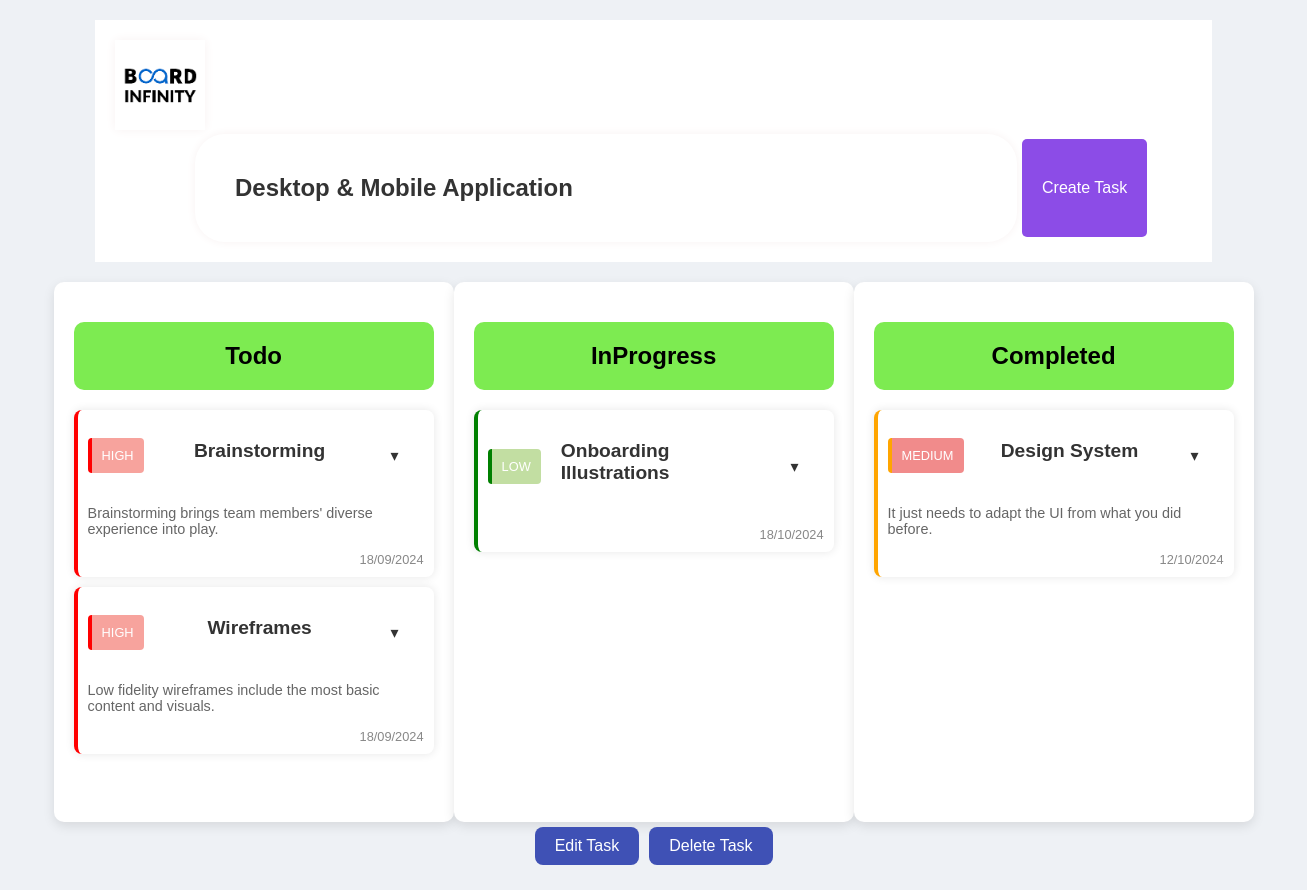
Repository: tanya2468/todo
Page: /
An editor plug-in stored every save of this project. The page is shown before and after a run of saves, followed by the edit.
The browser window is 1280 px wide. The page is 1307 px wide, so the pictures cover 1307 px, including what lies to the right of the window. The pictures show the whole page.
The project was rebuilt for these pictures with package versions that can differ from the ones it lists, and the page was loaded fresh each time. Also part of the build but not shown: src/TaskModal.css, src/TaskModal.js, src/EditTaskModal.js, src/DeleteTaskModal.js.

Above is the page before, as saved 2024-09-08 17:54:30.

### src/App.js
import React, { useState } from "react";
import "./App.css";
import TaskBoard from "./TaskBoard";
import TaskModal from "./TaskModal";
import Dashboard from "./components/Dashboard";
import EditTaskModal from "./EditTaskModal"; // Import the new edit modal component
import DeleteTaskModal from "./DeleteTaskModal"; // Import the new delete modal component

const initialTasks = {
  todo: [
    {
      id: 1,
      title: "Brainstorming",
      description: "Brainstorming brings team members' diverse experience into play.",
      priority: "High",
      date: "18/09/2024",
      status: "todo"
    },
    {
      id: 2,
      title: "Wireframes",
      description: "Low fidelity wireframes include the most basic content and visuals.",
      priority: "High",
      date: "18/09/2024",
      status: "todo"
    }
  ],
  inProgress: [
    {
      id: 3,
      title: "Onboarding Illustrations",
      description: "",
      priority: "Low",
      date: "18/10/2024",
      status: "inProgress"
    }
  ],
  completed: [
    {
      id: 4,
      title: "Design System",
      description: "It just needs to adapt the UI from what you did before.",
      priority: "Medium",
      date: "12/10/2024",
      status: "completed"
    }
  ]
};

function App() {
  const [tasks, setTasks] = useState(initialTasks);
  const [isCreateModalOpen, setIsCreateModalOpen] = useState(false);
  const [isEditModalOpen, setIsEditModalOpen] = useState(false);
  const [isDeleteModalOpen, setIsDeleteModalOpen] = useState(false);

  // Function to handle adding a new task
  const addTask = (newTask) => {
    setTasks(prevTasks => ({
      ...prevTasks,
      [newTask.status]: [...prevTasks[newTask.status], newTask]
    }));
  };

  const updateTaskStatus = (taskId, newStatus) => {
    const updatedTasks = { todo: [], inProgress: [], completed: [] };

    Object.keys(tasks).forEach(status => {
      tasks[status].forEach(task => {
        if (task.id === taskId) {
          task.status = newStatus;
          updatedTasks[newStatus].push(task);
        } else {
          updatedTasks[task.status].push(task);
        }
      });
    });

    setTasks(updatedTasks);
  };

  const deleteTask = (taskId) => {
    const updatedTasks = { ...tasks };
    Object.keys(updatedTasks).forEach((status) => {
      updatedTasks[status] = updatedTasks[status].filter((task) => task.id !== taskId);
    });
    setTasks(updatedTasks);
  };

  const saveTask = (editedTask) => {
    const updatedTasks = { ...tasks };
    updatedTasks[editedTask.status] = updatedTasks[editedTask.status].map(task =>
      task.id === editedTask.id ? editedTask : task
    );
    setTasks(updatedTasks);
  };

  return (
    <div className="app">

      {/* Dashboard component contains the logo, title, and create task button */}
      <Dashboard onCreateTask={() => setIsCreateModalOpen(true)} />

      {/* TaskBoard displays the tasks */}
      <TaskBoard
        tasks={tasks}
        updateTaskStatus={updateTaskStatus}
      />

      {/* Buttons to trigger the edit and delete modals */}
      <div className="task-actions">
        <button onClick={() => setIsEditModalOpen(true)}>Edit Task</button>
        <button onClick={() => setIsDeleteModalOpen(true)}>Delete Task</button>
      </div>

      {/* Modal for creating new tasks */}
      {isCreateModalOpen && (
        <TaskModal
          onClose={() => setIsCreateModalOpen(false)}
          onCreate={addTask}
        />
      )}

      {/* Modal for editing tasks */}
      {isEditModalOpen && (
        <EditTaskModal
          tasks={tasks}
          onClose={() => setIsEditModalOpen(false)}
          onSave={saveTask}
        />
      )}

      {/* Modal for deleting tasks */}
      {isDeleteModalOpen && (
        <DeleteTaskModal
          tasks={tasks}
          onClose={() => setIsDeleteModalOpen(false)}
          onDelete={deleteTask}
        />
      )}
    </div>
  );
}

export default App;

### src/App.css
/* General Styling */
body {
  font-family: 'Arial', sans-serif;
  background-color: #eef1f5;
  color: #333;
  margin: 0;
  padding: 0;
}

h1, h2, h3 {
  color: #333;
}

button {
  background-color: #3f51b5;
  color: white;
  border: none;
  padding: 10px 20px;
  margin: 5px;
  border-radius: 8px;
  cursor: pointer;
  font-size: 1rem;
  transition: background-color 0.3s ease;
}

button:hover {
  background-color: #2c3d9b;
}

/* Header */
header {
  display: flex;
  justify-content: space-between;
  align-items: center;
  width: 90%;
  padding: 10px 20px;
  background-color: #fff;
  box-shadow: 0 2px 4px rgba(0, 0, 0, 0.1);
}

header .logo {
  font-size: 1.5rem;
  font-weight: bold;
}

header .title {
  font-size: 2rem;
  color: #333;
}

.create-task-button {
  background-color: #6c5ce7;
  color: white;
  padding: 10px 20px;
  border: none;
  border-radius: 5px;
  cursor: pointer;
}

/* App Container */
.app {
  display: flex;
  flex-direction: column;
  align-items: center;
  justify-content: center;
  width: 99%;
  background-color: #eef1f5;
  padding: 20px;
}

/* Task Board */
.task-board {
  display: flex;
  justify-content: space-between;
  width: 100%;
  max-width: 1200px;
  margin-top: 20px;
}

/* Task Column */
.task-column {
  background-color: white;
  padding: 20px;
  border-radius: 10px;
  box-shadow: 0px 4px 12px rgba(0, 0, 0, 0.1);
  width: 30%;
  min-height: 500px;
  transition: transform 0.2s ease;
}

.task-column:hover {
  transform: translateY(-5px);
}

.task-column h2 {
  text-align: center;
  font-size: 1.5rem;
  color: black;
  background-color:rgb(125, 235, 81);
  border-radius: 10px;
  padding: 20px;
}

/* Task Card */
.task-card {
  background-color: red;
  padding: 20px;
  border-radius: 8px;
  margin-bottom: 15px;
  box-shadow: 0 2px 5px rgba(0, 0, 0, 0.1);
  transition: box-shadow 0.3s ease;
  position: relative;
}

.task-card:hover {
  box-shadow: 0 5px 15px rgba(0, 0, 0, 0.2);
}

.task-card h3 {
  font-size: 1.2rem;
  margin-top: 10px;
  padding:10px;


}

.task-card p {
  font-size: 0.9rem;
  color: #666;
}

/* Task Header */
.task-header {
  display: flex;
  justify-content: space-between;
  align-items: center;
}

/* Task Footer */
.task-footer {
  text-align: right;
  color: #888;
  font-size: 0.8rem;
}

/* Priority */
.priority {
  padding: 3px 6px;
  border-radius: 4px;
  font-size: 0.8rem;
  text-transform: uppercase;
  margin-right: 10px;
}

.priority.high {
  background-color: #f7a39d;
  color: white;
}

.priority.medium {
  background-color: #f18b8b;
  color: white;
}

.priority.low {
  background-color: #c2dea2;
  color: white;
}

/* Dropdown */
.dropdown {
  position: relative;
  display: inline-block;
}

.dropdown-toggle {
  background: none;

  cursor: pointer;
  color: #333;
}

.dropdown-menu {
  position: absolute;
  background-color: white;
  border: 1px solid #ddd;
  box-shadow: 0 2px 5px rgba(0, 0, 0, 0.1);
  border-radius: 6px;
  list-style: none;
  padding: 15px;
  margin: 0;
  top: 100%;
  right: 0;
  z-index: 100;
  width: 120px;
}

.dropdown-menu li {
  padding: 5px;
  cursor: pointer;
  text-align: left;
}

.dropdown-menu li:hover {
  background-color: #f0f0f0;
}

/* Modal */
.modal-overlay {
  position: fixed;
  width: 100%;
  height: 100%;
  background: rgba(0, 0, 0, 0.4);
  display: flex;
  align-items: center;
  justify-content: center;
}

.modal {
  background: white;
  padding: 30px;
  border-radius: 10px;
  width: 100%;
  max-width: 500px;
  box-shadow: 0 5px 20px rgba(0, 0, 0, 0.2);
}

.modal h2 {
  margin-top: 20px;
}

.modal .input-group {
  margin-bottom: 15px;
}

.modal .input-group label {
  display: block;
  margin-bottom: 5px;
  padding: 10px;
  font-weight: bold;
}

.modal .input-group input,
.modal .input-group textarea,
.modal .input-group select {
  width: 100%;
  padding: 10px;
  border-radius: 4px;
  border: 1px solid #ccc;
}

.modal .input-group textarea {
  height: 80px;
}

.modal footer {
  text-align: center;
}

.modal footer button {
  padding: 10px 15px;
}

.cancel-button {
  background-color: #f44336;
}

.create-button {
  background-color: #634caf;
}

.cancel-button:hover {
  background-color: #d32f2f;
}

.create-button:hover {
  background-color: #388e3c;
}

### src/TaskBoard.js
import React from 'react';
import TaskCard from './TaskCard';

const TaskBoard = ({ tasks, updateTaskStatus }) => {
  const handleDragOver = (e) => {
    e.preventDefault(); // Allow the drop by preventing the default behavior
  };

  const handleDrop = (e, newStatus) => {
    const taskId = e.dataTransfer.getData('taskId'); // Retrieve the task ID from the dragged item
    updateTaskStatus(Number(taskId), newStatus); // Update task status when dropped
  };

  return (
    <div className="task-board">
      {Object.keys(tasks).map((status) => (
        <div
          key={status}
          className="task-column"
          onDragOver={handleDragOver} // Allow the drop in this column
          onDrop={(e) => handleDrop(e, status)} // Handle dropping tasks into the appropriate column
        >
          <h2>{status.charAt(0).toUpperCase() + status.slice(1)}</h2>
          {tasks[status].map((task) => (
            <TaskCard
              key={task.id}
              task={task}
              updateTaskStatus={updateTaskStatus} // Pass down to TaskCard
            />
          ))}
        </div>
      ))}
    </div>
  );
};

export default TaskBoard;

### src/components/Dashboard.js
import React from "react";
import './Dashboard.css'; // Ensure to include your CSS for styles.
import images from '../assets/images.png'; // Path to your logo image.

const Dashboard = ({ onCreateTask }) => {
  return (
    <div className="dashboard-header">
      <div className="dashboard-logo">
        {/* Display the Board Infinity Logo */}
        <img src={images} alt="Board Infinity Logo" />
      </div>

      <div className="dashboard-content">
        <div className="dashboard-title">
          {/* Title in the center */}
          <h1>Desktop & Mobile Application</h1>
        </div>

        <div className="dashboard-create-task">
          {/* Create Task button aligned to the right */}
          <button onClick={onCreateTask} className="create-task-button">
            Create Task
          </button>
        </div>
      </div>
    </div>
  );
};

export default Dashboard;

### src/TaskCard.js
import React, { useState } from "react";
import "./TaskCard.css";

const TaskCard = ({ task, updateTaskStatus }) => {
  const { id, title, description, priority, date } = task;
  const [showDropdown, setShowDropdown] = useState(false);

  const handleStatusChange = (newStatus) => {
    setShowDropdown(false);
    updateTaskStatus(id, newStatus);
  };

  const handleDragStart = (e) => {
    e.dataTransfer.setData("taskId", id); // Store task ID in the dataTransfer object
  };

  return (
    <div
      className={`task-card ${priority.toLowerCase()}`}
      draggable
      onDragStart={handleDragStart} // Add drag event
    >
      <div className="task-header">
        <span className={`priority ${priority.toLowerCase()}`}>{priority}</span>
        <h3>{title}</h3>
        <div className="dropdown">
          <button
            className="dropdown-toggle"
            onClick={() => setShowDropdown(!showDropdown)}
          >
            &#9662;
          </button>
          {showDropdown && (
            <ul className="dropdown-menu">
              <p><b><i>ChangeStatus</i></b></p>
              <li onClick={() => handleStatusChange("todo")}>Todo</li>
              <li onClick={() => handleStatusChange("inProgress")}>In Progress</li>
              <li onClick={() => handleStatusChange("completed")}>Completed</li>
            </ul>
          )}
        </div>
      </div>
      <p>{description}</p>
      <div className="task-footer">
        <span>{date}</span>
      </div>
    </div>
  );
};

export default TaskCard;

### src/components/Dashboard.css
.dashboard-header {
    display: flex;
    flex-direction: column;
    align-items: left;
    padding: 20px;
    width: 85%;
    background-color: #fff; /* Background color of the header */
}

.dashboard-logo img {
    height: 90px; /* Adjust the height of the logo */

    max-width: 150px;
    align-items:left;
    box-shadow: 0 0 10px rgb(248, 242, 242);
}

.dashboard-content {
    display: flex;
    justify-content: space-between;
    align-items: left;
    width: 100%; /* Ensures it takes the full width */
    padding: 0 20px; /* Adds padding for spacing */
}

.dashboard-title {
    flex: 1;
    text-align: left;
    box-shadow: 0 0 10px rgb(248, 242, 242);
    padding: 40px;
    border-radius:30px;
    width:80px;
    margin-left: 60px;
    /* Removed margin-bottom to keep everything in the same row */
}

.dashboard-title h1 {
    font-size: 24px;
  margin-left: 60px;
    margin: 0;
}

.dashboard-create-task {
    display: flex;
    justify-content: flex-end;
    border-radius:30px;
    margin-right: 60px;

}

.dashboard-create-task .create-task-button {
    background-color: #8c4ce7;
    color: #fff;
    padding: 10px 20px;
    border: none;
    border-radius: 5px;
    cursor: pointer;
    font-size: 16px;
}

.dashboard-create-task .create-task-button:hover {
    background-color: #863ce6;
}

### src/TaskCard.css
.task-card {
    background-color: white;
    border-radius: 8px;
    padding: 20px;
    margin: 10px 0;
    box-shadow: 0 0 10px rgba(0, 0, 0, 0.1);
  }

  .high {
    border-left: 4px solid red;
    padding: 10px;
  }

  .medium {
    border-left: 4px solid orange;
    padding: 10px;
  }

  .low {
    border-left: 4px solid green;
    padding: 10px;
  }

Loaded but not shown: public/index.html (common file); src/index.js (common file); src/index.css (common file); src/reportWebVitals.js (common file)

After the next 2 saves:
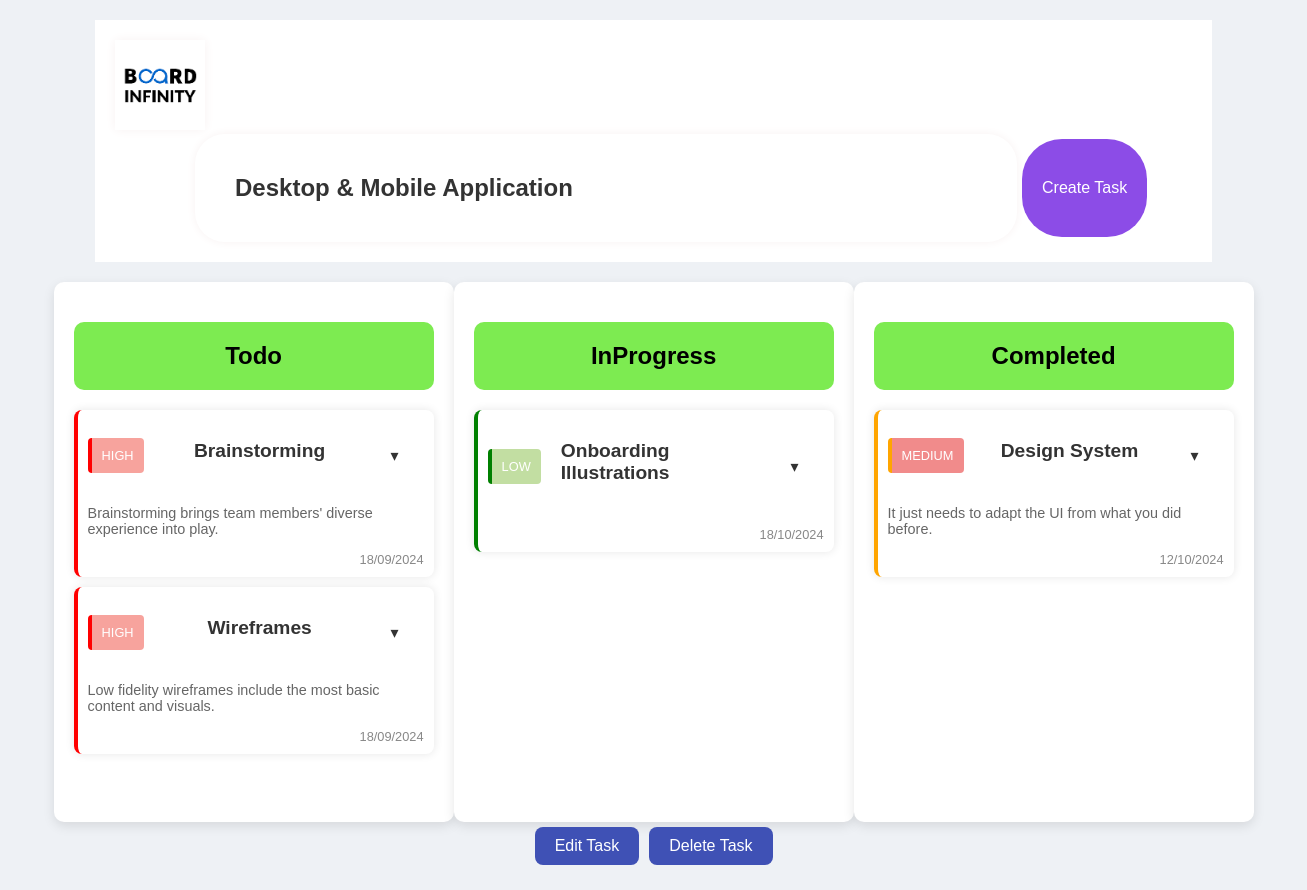
The 2 saves are shown as one change because they came seconds apart.
The last was saved 15 s later.
--- a/src/components/Dashboard.css
+++ b/src/components/Dashboard.css
@@ -53,7 +53,7 @@
     color: #fff;
     padding: 10px 20px;
     border: none;
-    border-radius: 5px;
+    border-radius: 40px;
     cursor: pointer;
     font-size: 16px;
 }
